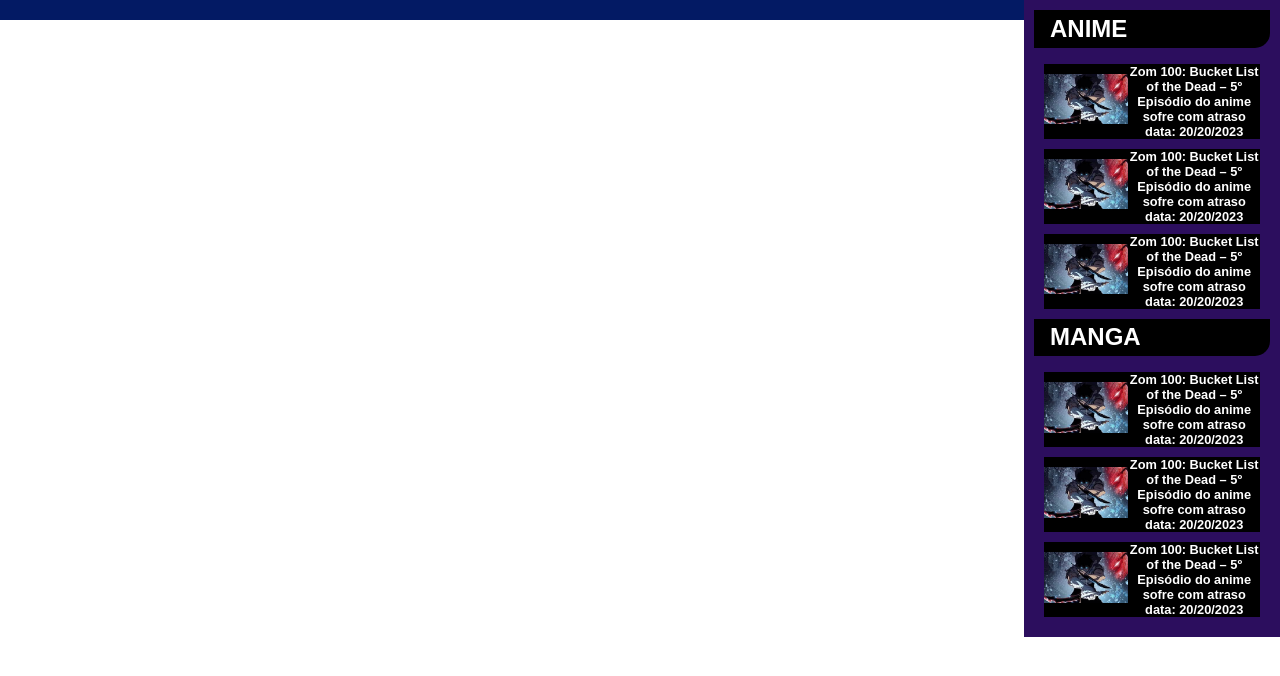
Repository: GabriellShi/blog-anime
Page: a-noticia.html
These files come from the project's save history. The page is drawn as it stood at one moment and after a run of saves; the edit follows.
The browser window is 1280 px wide. The pictures show the whole page.

Above is the page before, as saved 2023-08-03 22:52:26.

### a-noticia.html
<!DOCTYPE html>
<html lang="en">
<head>
    <meta charset="UTF-8">
    <meta name="viewport" content="width=device-width, initial-scale=1.0">
    <link rel="stylesheet" href="/styles.css">
    <title>Noticia</title>
</head>
<body>
    <section class="lado-esquerdo-pai">

    </section>
    <section class="lado-direito-pai">
        <h1 class="titulo-destaque-index">ANIME</h1>

        <ul>
            <li class="lado-esquerdo-neto1 lado-direito-neto1">
                <div>
                    <img src="/img/solo.jpeg" alt="Capa Notica">
                </div>
                <div>
                    <h1>Zom 100: Bucket List of the Dead – 5º Episódio do anime sofre com atraso</h1>
                    <h3>data: 20/20/2023</h3>
                </div>

            </li>
        </ul>

        <ul>
            <li class="lado-esquerdo-neto1 lado-direito-neto1">
                <div>
                    <img src="/img/solo.jpeg" alt="Capa Notica">
                </div>
                <div>
                    <h1>Zom 100: Bucket List of the Dead – 5º Episódio do anime sofre com atraso</h1>
                    <h3>data: 20/20/2023</h3>
                </div>

            </li>
        </ul>

        <ul>
            <li class="lado-esquerdo-neto1 lado-direito-neto1">
                <div>
                    <img src="/img/solo.jpeg" alt="Capa Notica">
                </div>
                <div>
                    <h1>Zom 100: Bucket List of the Dead – 5º Episódio do anime sofre com atraso</h1>
                    <h3>data: 20/20/2023</h3>
                </div>

            </li>
        </ul>

        <h1 class="titulo-destaque-index">MANGA</h1>

        <ul>
            <li class="lado-esquerdo-neto1 lado-direito-neto1">
                <div>
                    <img src="/img/solo.jpeg" alt="Capa Notica">
                </div>
                <div>
                    <h1>Zom 100: Bucket List of the Dead – 5º Episódio do anime sofre com atraso</h1>
                    <h3>data: 20/20/2023</h3>
                </div>

            </li>
        </ul>

        <ul>
            <li class="lado-esquerdo-neto1 lado-direito-neto1">
                <div>
                    <img src="/img/solo.jpeg" alt="Capa Notica">
                </div>
                <div>
                    <h1>Zom 100: Bucket List of the Dead – 5º Episódio do anime sofre com atraso</h1>
                    <h3>data: 20/20/2023</h3>
                </div>

            </li>
        </ul>

        <ul>
            <li class="lado-esquerdo-neto1 lado-direito-neto1">
                <div>
                    <img src="/img/solo.jpeg" alt="Capa Notica">
                </div>
                <div>
                    <h1>Zom 100: Bucket List of the Dead – 5º Episódio do anime sofre com atraso</h1>
                    <h3>data: 20/20/2023</h3>
                </div>

            </li>
        </ul>

    </section>
</body>
</html>

### styles.css
/*defini os estilos gerais da página, como fundo e cores de texto */

* {
    list-style: none;
    margin: 0;
    padding: 0;
    font-family: Arial, sans-serif;
    box-sizing: border-box;
}

/* ------------**Estilização da pagina Index**---------- */


  /* ----**Estilização lado esquerdo da pagina */

  /* define os estilos das seções pai */
  .lado-esquerdo-pai,
  .lado-direito-pai {
    box-sizing: border-box;
    padding: 10px;
    color:  white;
    background-color: aqua;

    /* ajusta a altura para ocupar toda a altura da janela */
  }

  /* defini os estilos do lado esquerdo */
  .lado-esquerdo-pai {
    float: left;
    width: 80%;
    background-color: #031a64;
  }

  /* defini os estilos do lado direito */
  .lado-direito-pai {
    float: left;
    width: 20%;
    background-color: #2c0e5e;
  }

  /* Limpar floats após as seções */
  .clearfix::after {
    content: "";
    display: table;
    clear: both;
  }

  /* estilizando os titulos das divs maiores. Definindo margens, padding e cor de fundo */
.titulo-destaque-index {
  background-color: black;
  border-radius: 0px 0px 15px 0px;
  padding: 0.3rem;
  padding-left: 1rem;
  margin-bottom: 1rem;
}

  /* estiliza a lista para ficar resposivo e um ao lado do outro com display flex  */
  .lado-esquerdo-filho1 {
    display: flex;
    flex-wrap: wrap;
    justify-content: center;
    margin-bottom: 2rem;
  }

/*   Estiliza as listas netos a terem uma largura fixam margin e a coloração do fundo */
  .lado-esquerdo-neto1 {
    background-color: black;
    flex: 1;
    min-width: 10rem; /* Defina a largura mínima que deseja para cada div item */
    max-width: 50rem;
    margin: 10px;
    text-align: center;
  }

  /* Definindo o tamanho da fonte do titulo h1 do neto do lado esquerdo  */
  .lado-esquerdo-neto1 h1 {
    font-size: 1rem;
  }

    /* Definindo o tamanho da fonte do titulo h1 do neto do lado esquerdo  */
    .lado-esquerdo-neto1 p {
      font-size: 0.8rem;
    }

  /* estiliza o lado esquerdo filho 2 com fundo, remoção da lista e com display flex */
  .lado-esquerdo-filho2 {
    display: flex;
    background-color: gray;
  }

/*   estiliza o lado esquerdo neto 2 com uma padding interno na lateral esquerda  */
  .lado-esquerdo-neto2 {
    padding-left: 1rem;
  }


  /* ----**Estilização lado direito da pagina */

.lado-direito-neto1 {
  display: flex;
  align-items: center;
}

.lado-direito-neto1 img {
  width: 100%;

}

.lado-direito-neto1 h1, h3 {
  font-size: 0.8rem;
}








/* -------------** Resposividade para Mobile e tablet ** ---------------- */

  /* Responsividade da pagina para aparelhos abaixo de 826 pixels */
  @media (max-width: 826px) {

    /* retirando o display flex da div e centralizando o texto e imagem */
    .lado-esquerdo-filho2 {
      display: grid;
      text-align: center;
    }

    /* tirando a coluna do lado direito da pagina */
    .lado-direito-pai {
      display: none;
    }

    /* deixando a coluna do lado esquerdo da pagina com 100% do espaço */
    .lado-esquerdo-pai{
      width: 100%;
    }
  }

After the next 3 saves:
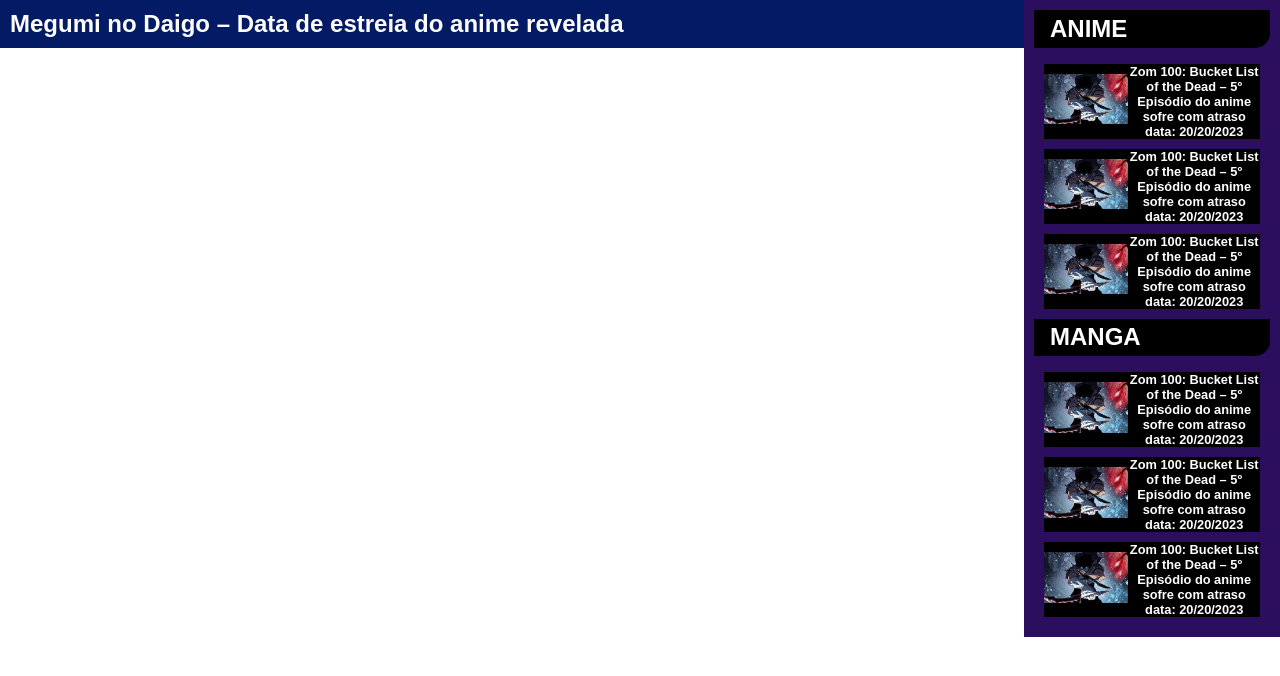
The 3 saves are shown as one change because they came seconds apart.
The last was saved 51 s later.
--- a/a-noticia.html
+++ b/a-noticia.html
@@ -8,7 +8,8 @@
 </head>
 <body>
     <section class="lado-esquerdo-pai">
-
+        <div><h1>Megumi no Daigo – Data de estreia do anime revelada
+        </h1></div>
     </section>
     <section class="lado-direito-pai">
         <h1 class="titulo-destaque-index">ANIME</h1>
